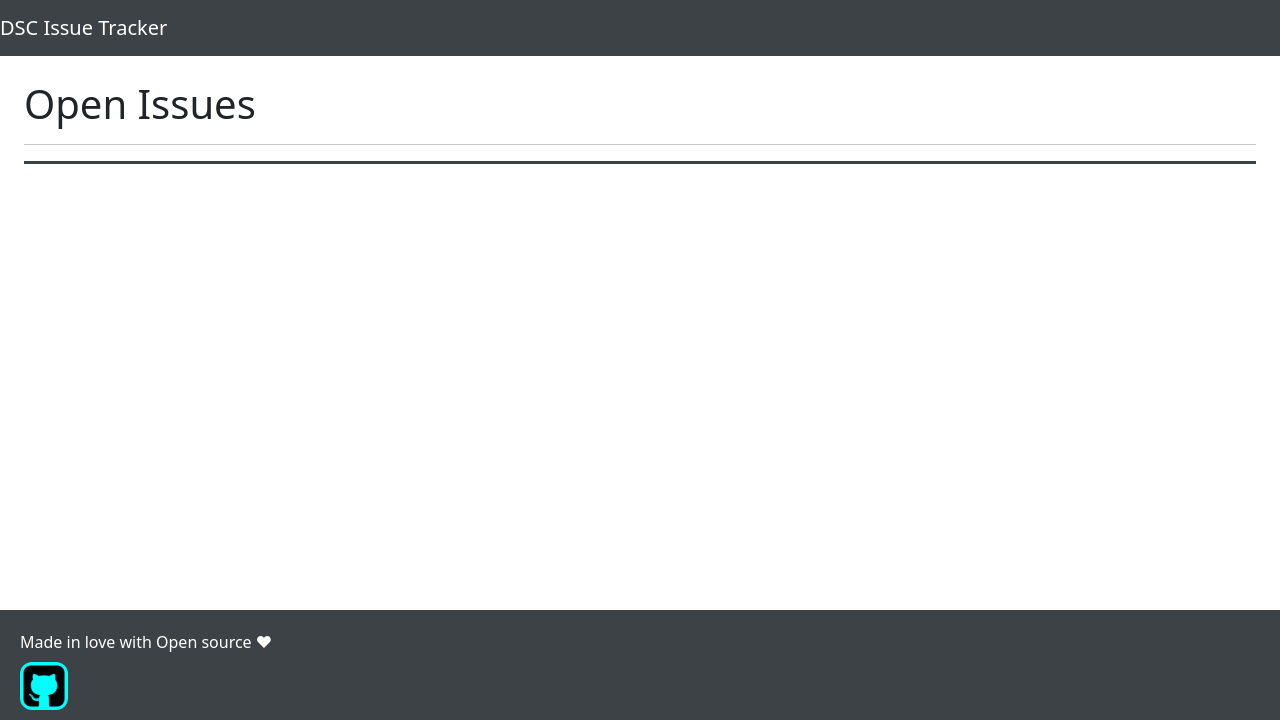
Repository: Tsardines/issue-tracker
Page: index.html
These files come from the project's save history. The page is drawn as it stood at one moment and after the next save; the edit follows.
The browser window is 1280 px wide. The pictures show the whole page.
The pointer rests on the first visible `.footer-links_github`.
Some web libraries are served in a nearby version.

Above is the page before, as saved 2019-10-06 21:57:57.
Console error: SyntaxError: Cannot use import statement outside a module

### index.html
<!DOCTYPE html>
<html lang="en">
<head>
    <meta charset="UTF-8">
    <meta name="viewport" content="width=device-width, initial-scale=1.0">
    <meta http-equiv="X-UA-Compatible" content="ie=edge">
    <title>DSC Issue Tracker</title>
    <link rel="stylesheet" href="./node_modules/bootstrap/dist/css/bootstrap.min.css">
    <link rel="stylesheet" href="./css/index.css">
</head>
<body>
    <nav class="navbar navbar-dark">
        <a class="navbar-brand" href="#">
          DSC Issue Tracker
        </a>
    </nav>

    <div class="content-wrapper p-4">
        <h1>Open Issues</h1>
        <hr>
        <div class="content-card">
            <div id="issue-grid"></div>
        </div>
    </div>
    <div class="footer">
        <div class="text-white">
            Made in love with Open source ♥
        </div>
        <div class="footer-links">
            <img class="footer-links_github" src="./images/github.png" alt="github">
        </div>
    </div>
    <script src="./node_modules/popper.js/dist/umd/popper.min.js"></script>
    <script src="./node_modules/jquery/dist/jquery.min.js"></script>
    <script src="./node_modules/bootstrap/dist/js/bootstrap.min.js"></script>

    <script src="./dist/index.js"></script>
    <!-- <script type="module" src="./js/index.js"></script> -->
</body>
</html>

### css/index.css
.navbar {
    background-color:#3c4245;
}

.content-card {
    border-bottom: 3px solid #3c4245;
}

.issueCard {
    display: grid;
    grid-template-columns: auto;
}
.issue-card {
    background-color: #87aeaf;
    padding: 10px;
    color:white;
}

.issue-card > h4 > a {
    color:white;
    text-decoration-line: underline;

}
.issue-card > p > a {
    text-decoration-line: underline;
    color:blue;
    margin-left: 5px;
    margin-right: 5px;
}
.issue-card > p {
    margin-bottom: 2px;
    font-size: 12px;

}

.footer {
    background-color: #3c4245;
    position: absolute;
    bottom: 0;
    height: 110px;
    width: 100%;
    padding:20px;
    font-size: 16px;
}

.footer-links_github {
    background-color: white;
    border-radius: 0.75rem;
    margin-top: 0.5rem;
    width: 3rem;
}

.footer-links_github:hover {
    background-color: aqua;
}

### js/index.js
import injectToHTML from './ui'
fetch('https://api.github.com/search/issues?q=type:issue+org:dsc-jiit-128')
.then(res => res.json())
.then(data => injectToHTML(data.items))

After the next save:
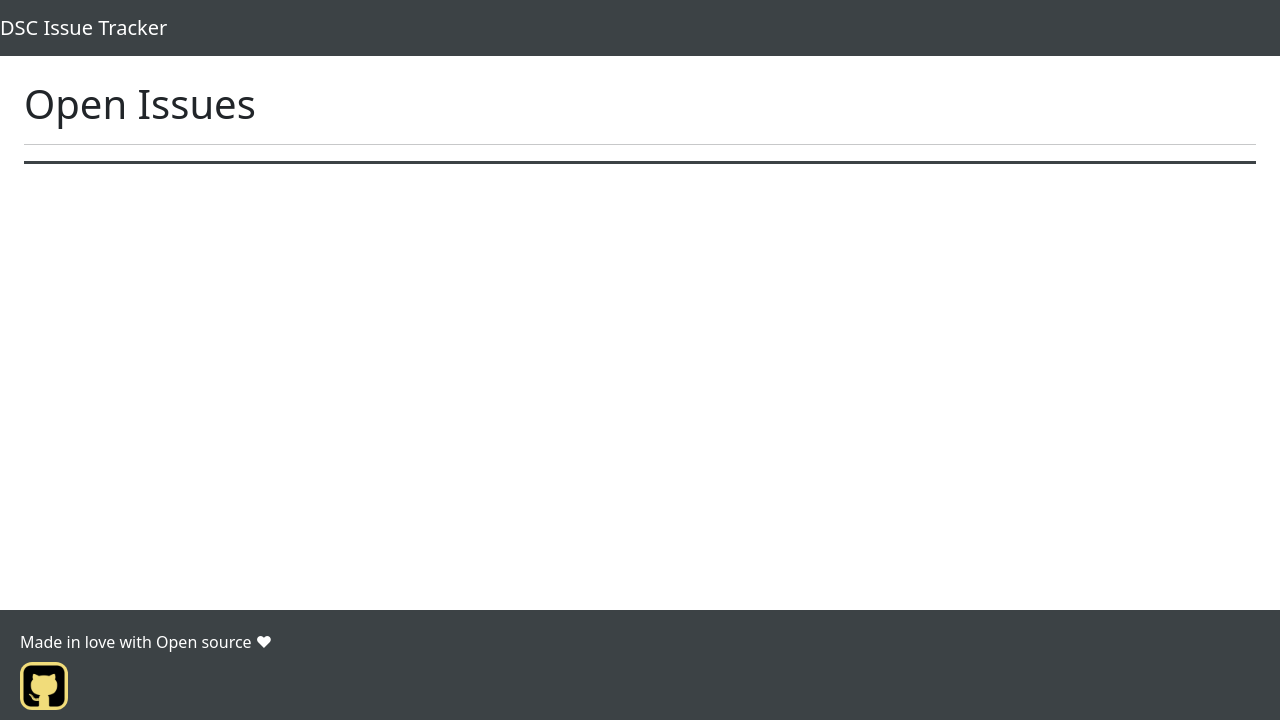
Saved 27 s later.
--- a/css/index.css
+++ b/css/index.css
@@ -51,5 +51,5 @@
 }
 
 .footer-links_github:hover {
-    background-color: aqua;
+    background-color: rgb(241, 220, 122);
 }
